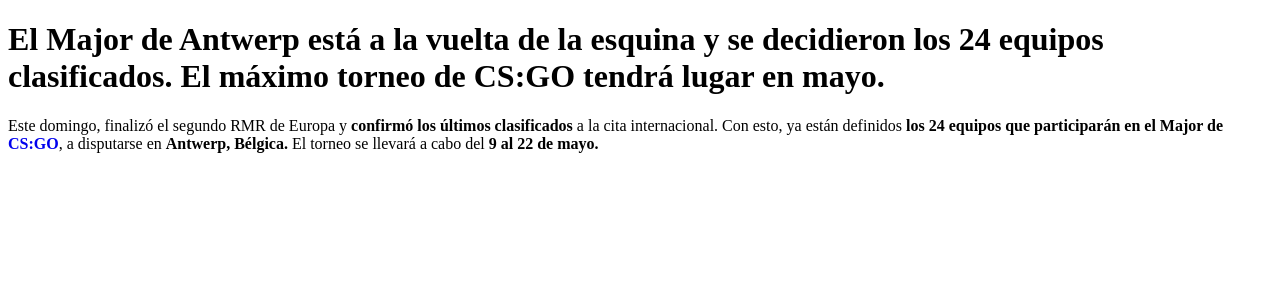
Repository: Larrowo/LPPA
Page: Clase 3/index.html
An editor plug-in stored every save of this project. The page is shown before and after the next save, followed by the edit.
The browser window is 1280 px wide. The pictures show the whole page.

Above is the page before, as saved 2022-04-26 13:42:29.

### Clase 3/index.html
<!DOCTYPE html>
<html lang="en">
  <head>
    <meta charset="UTF-8" />
    <meta http-equiv="X-UA-Compatible" content="IE=edge" />
    <meta name="viewport" content="width=device-width, initial-scale=1.0" />
    <title>Document</title>
  </head>

  <body>
    <main class="container">
      <div class="topPartNoticia">
        <div class="titulo">
          <h1>
            <strong
              >El Major de Antwerp está a la vuelta de la esquina y se
              decidieron los 24 equipos clasificados. El máximo torneo de CS:GO
              tendrá lugar en mayo.</strong
            >
          </h1>
        </div>
      </div>
      <div class="cuerpoNoticia">
        <p>
          Este domingo, finalizó el segundo RMR de Europa y
          <strong>confirmó los últimos clasificados</strong> a la cita
          internacional. Con esto, ya están definidos
          <strong
            >los 24 equipos que participarán en el Major de
            <a
              href="https://codigoesports.com/juegos/counter-strike-global-offensive/"
              style="text-decoration: none"
              >CS:GO</a
            ></strong
          >, a disputarse en <strong>Antwerp, Bélgica.</strong> El torneo se
          llevará a cabo del <strong>9 al 22 de mayo.</strong>
        </p>
      </div>
    </main>
  </body>
</html>

After the next save:
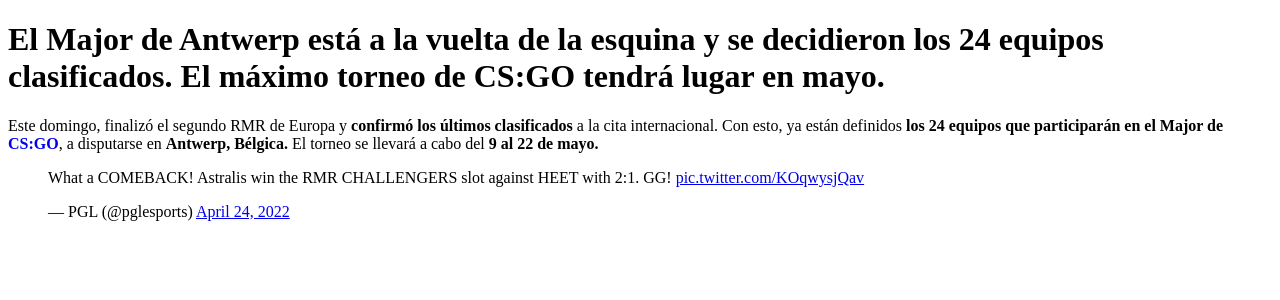
Saved 50 s later.
--- a/Clase 3/index.html
+++ b/Clase 3/index.html
@@ -35,6 +35,23 @@
           >, a disputarse en <strong>Antwerp, Bélgica.</strong> El torneo se
           llevará a cabo del <strong>9 al 22 de mayo.</strong>
         </p>
+        <blockquote class="twitter-tweet">
+          <p lang="en" dir="ltr">
+            What a COMEBACK! Astralis win the RMR CHALLENGERS slot against HEET
+            with 2:1. GG!
+            <a href="https://t.co/KOqwysjQav">pic.twitter.com/KOqwysjQav</a>
+          </p>
+          &mdash; PGL (@pglesports)
+          <a
+            href="https://twitter.com/pglesports/status/1518238407209754624?ref_src=twsrc%5Etfw"
+            >April 24, 2022</a
+          >
+        </blockquote>
+        <script
+          async
+          src="https://platform.twitter.com/widgets.js"
+          charset="utf-8"
+        ></script>
       </div>
     </main>
   </body>
